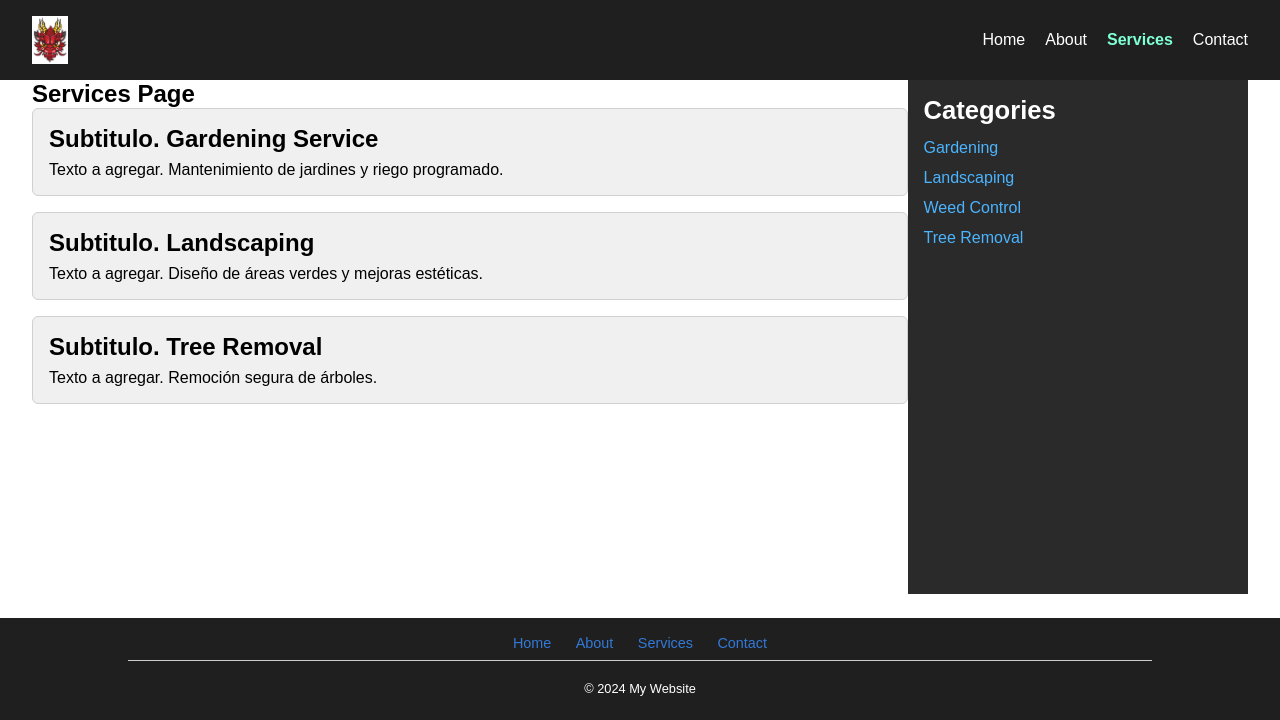
Repository: andreamm-lab/basic-navigation-example-2025-10
Page: pages/services.html
An editor plug-in stored every save of this project. The page is shown before and after the next save, followed by the edit.
The browser window is 1280 px wide. The pictures show the whole page.

Above is the page before, as saved 2025-11-06 20:49:11.

### pages/services.html
<!DOCTYPE html>
<html lang="en">
<head>
    <meta charset="UTF-8">
    <meta name="viewport" content="width=device-width, initial-scale=1.0">
    <title>Services Page</title>
    <link rel="stylesheet" href="../main.css">
</head>
<body>
    <header>
        <!-- Primary navigation -->
        <nav aria-label="Primary navigation">
            <a href="../index.html">
                <img src="../images/dragon.png" alt="Dragon logo">
            </a>
            <ul>
                <li><a href="../index.html">Home</a></li>
                <li><a href="about.html">About</a></li>
                <li><a href="#" class="current">Services</a></li>
                <li><a href="contact.html">Contact</a></li>
            </ul>
        </nav>
    </header>

    <main class="page">
        <section class="main-content">
            <h1>Services Page</h1>

            <article class="card">
                <h2>Subtitulo. Gardening Service</h2>
                <p>Texto a agregar. Mantenimiento de jardines y riego programado.</p>
            </article>

            <article class="card">
                <h2>Subtitulo. Landscaping</h2>
                <p>Texto a agregar. Diseño de áreas verdes y mejoras estéticas.</p>
            </article>

            <article class="card">
                <h2>Subtitulo. Tree Removal</h2>
                <p>Texto a agregar. Remoción segura de árboles.</p>
            </article>
        </section>

        <!-- Secondary navigation ONLY in Services -->
        <aside class="side-nav" aria-label="Services categories">
            <h2>Categories</h2>
            <ul>
                <li><a href="#">Gardening</a></li>
                <li><a href="#">Landscaping</a></li>
                <li><a href="#">Weed Control</a></li>
                <li><a href="#">Tree Removal</a></li>
            </ul>
        </aside>
    </main>

    <footer id="main-footer">
        <nav aria-label="Footer navigation">
            <ul>
                <li><a href="../index.html">Home</a></li>
                <li><a href="about.html">About</a></li>
                <li><a href="services.html">Services</a></li>
                <li><a href="contact.html">Contact</a></li>
            </ul>
        </nav>
        <hr class="footer-line">
        <p>© 2024 My Website</p>
    </footer>
</body>
</html>

### main.css
/* 1.---------------------- General ---------------------- */

*  {
    Box-sizing: border-box;
    Margin: 0;
    Padding: 0;
}

Body {
    Font-family: Arial, Helvetica, sans-serif;
    Background-color: #ffffff;
    Color: #000;
    Min-height: 100vh;
    Display: flex;
    Flex-direction: column;
}

Main {
    Flex: 1;
}

/* 2.---------------------- Header ---------------------- */

/* Header navigation: logo + menú */
Header nav {
    Padding: 10px 32px;
    Min-height: 80px;
    Background-color: #1F1F1F;
    Display: flex;
    Align-items: center;           /* centra verticalmente */
    Justify-content: space-between; /* separa logo y menú */
}

Header nav img {
    Max-height: 48px;
    Background-color: white;
    Display: inline-block;
    Vertical-align: middle;
}

Header nav ul {
    List-style: none;
    Display: flex;
    Gap: 20px;
}

Header nav ul li a {
    Text-decoration: none;
    Color: white;
}

Header nav ul li a.current {
    Color: aquamarine;
    Font-weight: bold;
}

Header nav ul li a:hover {
    Color: rgb(92, 229, 0);
}

/* 3.---------------------- Main / Home content ---------------------- */

Main {
    Display: block;
    Padding: 24px 32px; /* padding general para Home */
}

/* 🔹 en la página Services (class=”page”), quitamos el padding superior */
Main.page {
    Padding: 0 32px 24px 32px; /* top=0 para pegar al header */
}

#page-title {
    Font-size: 2rem;
    Text-align: center;
    Margin-bottom: 24px;
}

.card-grid {
    Display: block;
}

.card {
    Background-color: #f0f0f0;
    Border: 1px solid #d0d0d0;
    Border-radius: 6px;
    Padding: 16px;
    Margin-bottom: 16px;
}

.card h2 {
    Margin-bottom: 8px;
}

/* 4.---------------------- Services layout ---------------------- */

/* Contenedor principal: contenido + aside */
.page {
    Display: flex;   /* coloca el contenido y aside en columnas */
    Gap: 0;
}

/* Contenido principal */
.main-content {
    Width: 72%;
    Vertical-align: top;
}

/* Aside Categories */
.side-nav {
    Width: 28%;
    Background-color: #2a2a2a;
    Color: #fff;
    Margin: 0;                /* sin espacio externo */
    Padding: 0;               /* sin espacio interno general */
    Border: none;             /* sin borde */
    Box-sizing: border-box;
    Min-height: 100%;         /* ocupa todo el alto */
}

/* Título dentro del aside */
.side-nav h2 {
    Margin: 0;
    Padding: 16px 16px 8px;
    Font-size: 1.6rem;
    Font-weight: 700;
}

/* Lista del aside */
.side-nav ul {
    List-style: none;
    Margin: 0;
    Padding: 0 16px 16px;
}

.side-nav ul li {
    Margin: 0;
    Padding: 6px 0;
}

.side-nav ul li a {
    Color: #4bb4ff;
    Text-decoration: none;
    Display: inline-block;
    Width: 100%;
}

.side-nav ul li a:hover {
    Text-decoration: underline;
    Background-color: #1f1f1f;
}

/* 5.---------------------- Footer ---------------------- */

#main-footer {
    Background-color: #1F1F1F;
    Color: #ffffff;
    Text-align: center;
    Padding: 16px 0 24px;
    Margin: 0;
    Width: 100%;
}

#main-footer nav {
    Background: none;
    Padding: 0;
    Margin: 0 auto;
}

#main-footer nav ul {
    Display: inline-block;
    List-style: none;
    Margin: 0;
    Padding: 0;
}

#main-footer nav ul li {
    Display: inline-block;
    Margin: 0 10px;
}

#main-footer nav ul li a {
    Color: rgb(51, 122, 216);
    Text-decoration: none;
    Font-size: 0.9rem;
}

/* Línea gris */
.footer-line {
    Border: none;
    Border-top: 1px solid #ccc;
    Width: 80%;
    Margin: 8px auto 12px;
}

/* Texto */
#main-footer p {
    Font-size: 0.8rem;
    Margin: 0;
    Padding-top: 8px;
}

After the next save:
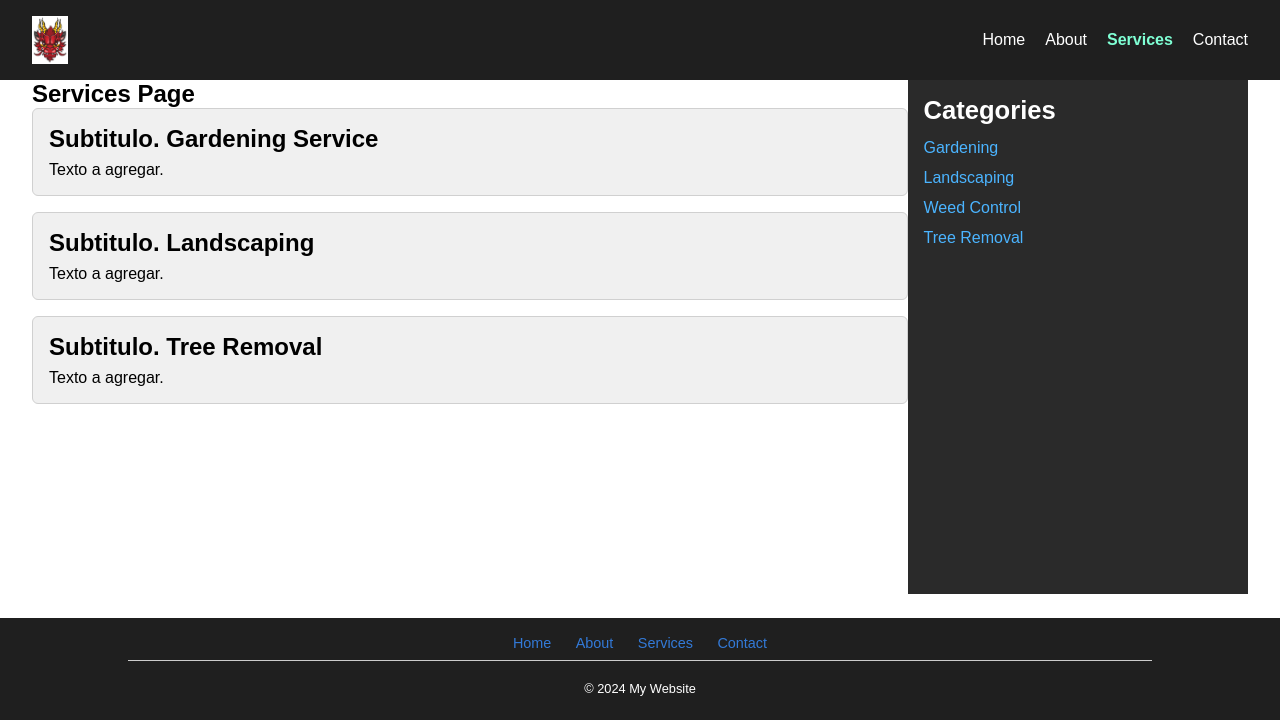
Saved 55 min 2 s later.
--- a/pages/services.html
+++ b/pages/services.html
@@ -28,17 +28,17 @@
 
             <article class="card">
                 <h2>Subtitulo. Gardening Service</h2>
-                <p>Texto a agregar. Mantenimiento de jardines y riego programado.</p>
+                <p>Texto a agregar.</p>
             </article>
 
             <article class="card">
                 <h2>Subtitulo. Landscaping</h2>
-                <p>Texto a agregar. Diseño de áreas verdes y mejoras estéticas.</p>
+                <p>Texto a agregar.</p>
             </article>
 
             <article class="card">
                 <h2>Subtitulo. Tree Removal</h2>
-                <p>Texto a agregar. Remoción segura de árboles.</p>
+                <p>Texto a agregar.</p>
             </article>
         </section>
 
@@ -59,7 +59,7 @@
             <ul>
                 <li><a href="../index.html">Home</a></li>
                 <li><a href="about.html">About</a></li>
-                <li><a href="services.html">Services</a></li>
+                <li><a href="#">Services</a></li>
                 <li><a href="contact.html">Contact</a></li>
             </ul>
         </nav>
